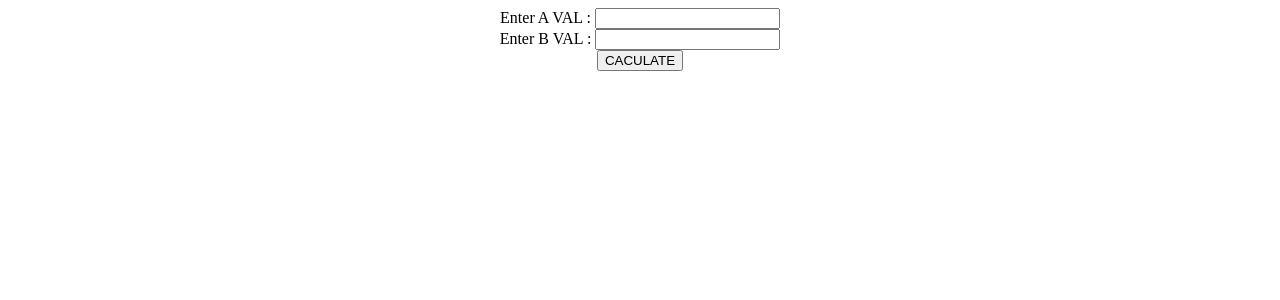
Repository: Thaneshwara848/E-Y
Page: Jdbc-Servlet-Jsp/WebDEmo10jsp2/src/main/webapp/Cal.html
These files come from the project's save history. The page is drawn as it stood at one moment and after the next save; the edit follows.
The browser window is 1280 px wide. The pictures show the whole page.

Above is the page before, as saved 2023-05-22 09:40:00.

### Jdbc-Servlet-Jsp/WebDEmo10jsp2/src/main/webapp/Cal.html
<!DOCTYPE html>
<html>
<head>
<meta charset="UTF-8">
<title>Insert title here</title>
</head>
<body>
<div style="text-align: center;">
		<form action="calculator.jsp">

			Enter A VAL : <input type="text" name="n1"><br>
			Enter B VAL : <input type="text" name="n2"><br>

			<input type="submit" value="CACULATE">

		</form>

</div>
</body>
</html>

After the next save:
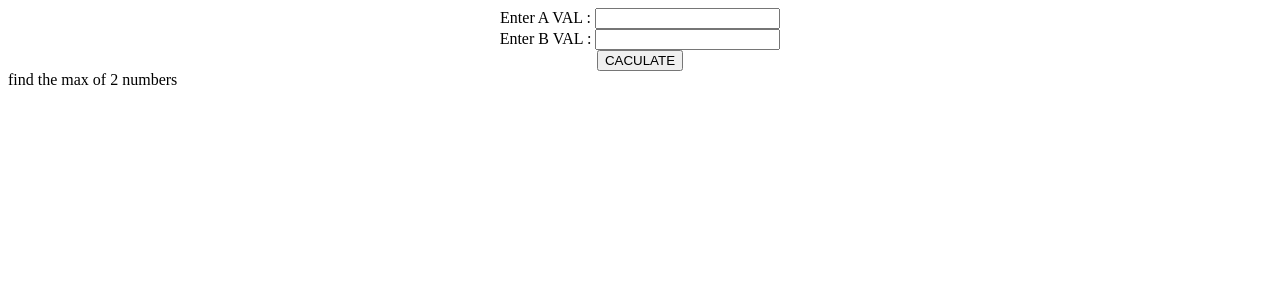
Saved 11 min 5 s later.
--- a/Jdbc-Servlet-Jsp/WebDEmo10jsp2/src/main/webapp/Cal.html
+++ b/Jdbc-Servlet-Jsp/WebDEmo10jsp2/src/main/webapp/Cal.html
@@ -18,3 +18,5 @@
 </div>
 </body>
 </html>
+
+find the max of 2 numbers
